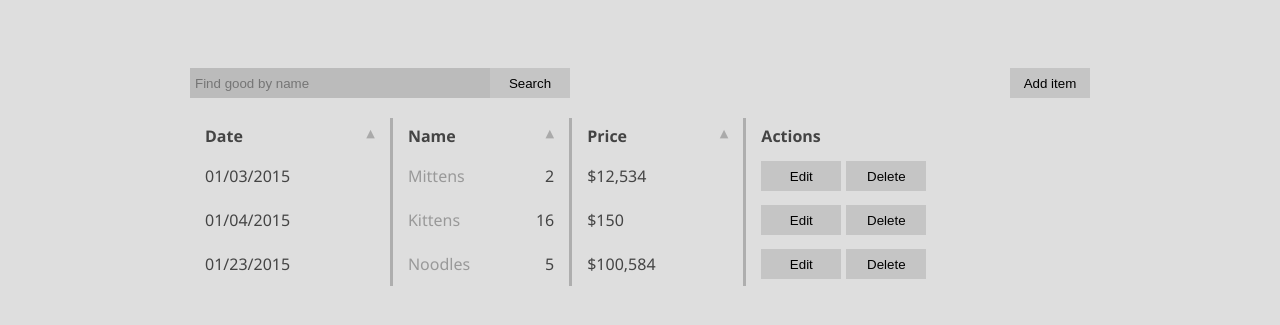
Repository: orendzi/storetask
Page: index.html
The author's editor kept a record of every edit. The page is drawn from the files as they stood at one moment, then again after the next edit.
The browser window is 1280 px wide. The pictures show the whole page.
Some web libraries are served in a nearby version.

Above is the page before.

After the next edit:
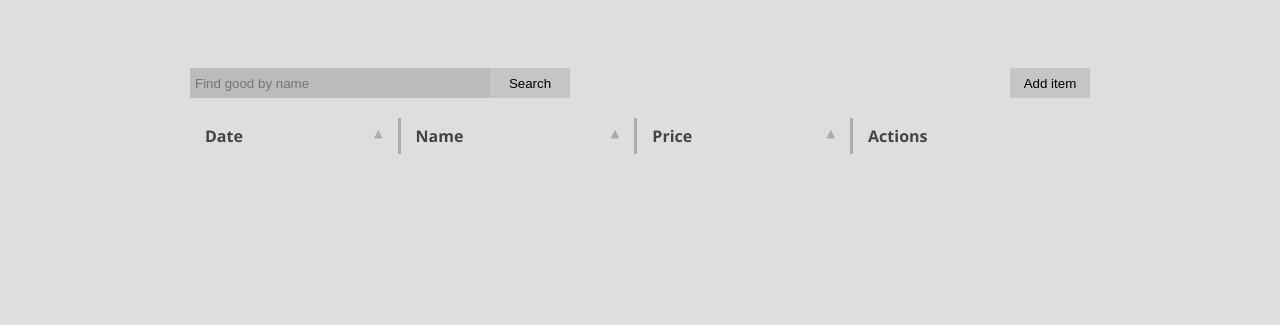
Console error: SyntaxError: Unexpected token ')'
The edit:
--- a/js/views/itemList.js
+++ b/js/views/itemList.js
@@ -115,10 +115,10 @@
                             if (filter == namecut) {
                                 items.push(list[i]);
                             }
-                        }
-                        if (filter == current || filter == nameCut) {
-                            items.push(list[i]);
-                        }
+                        } else {
+                            if (filter == current) {
+                                items.push(list[i]);
+                            }
                     }
                     if (!items.length) {
                         node_searchField.addClass('error');

After the edit that followed:
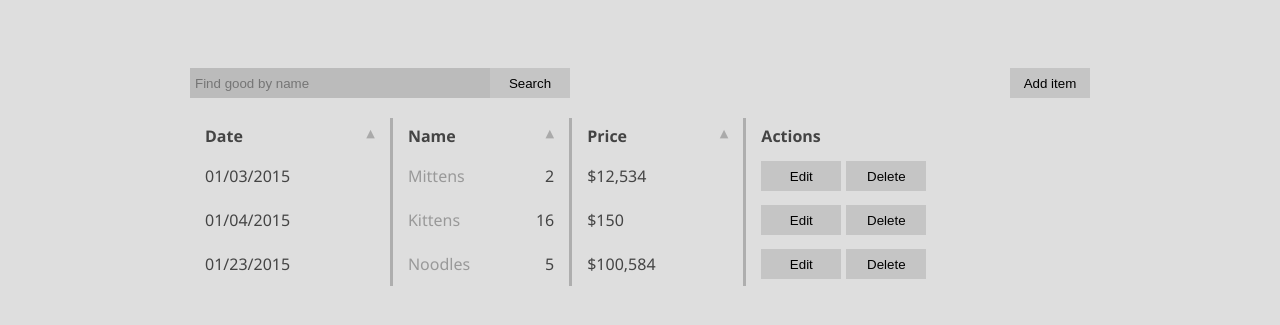
The error is gone.
The edit:
--- a/js/views/itemList.js
+++ b/js/views/itemList.js
@@ -119,6 +119,7 @@
                             if (filter == current) {
                                 items.push(list[i]);
                             }
+                        }
                     }
                     if (!items.length) {
                         node_searchField.addClass('error');
